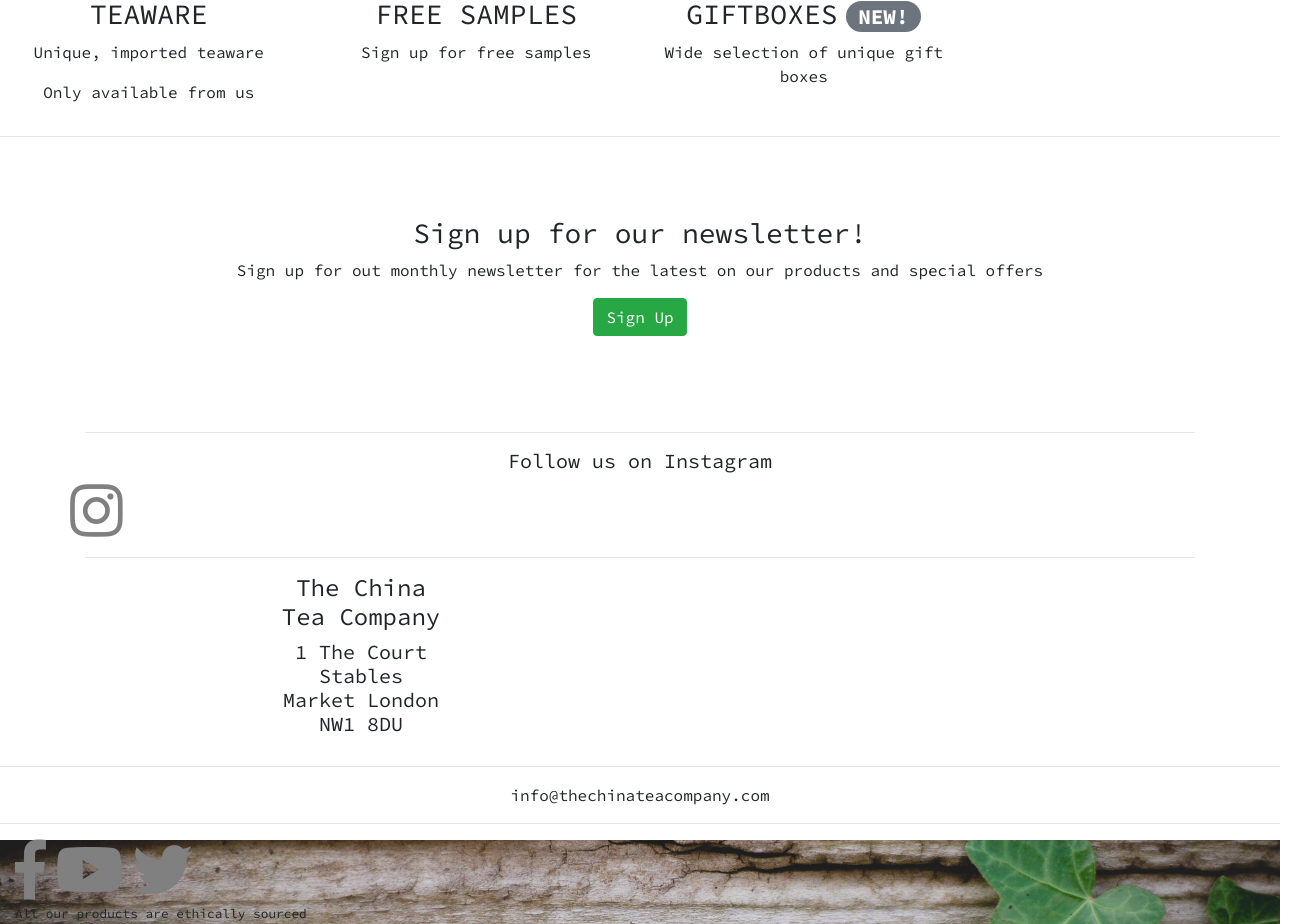
Repository: Code-Institute-Submissions/china-tea
Page: index.html
The author's editor kept a record of every edit. The page is drawn from the files as they stood at one moment, then again after the next edit.
The browser window is 1280 px wide. The page is 1295 px wide, so the pictures cover 1295 px, including what lies to the right of the window. The pictures show the part of the page from y = 1153 to 2077 px (the page is 2281 px tall).
Backgrounds fixed to the window are drawn as part of the page. Some web libraries are served in a nearby version.

Above is the page before.

After the next edit:
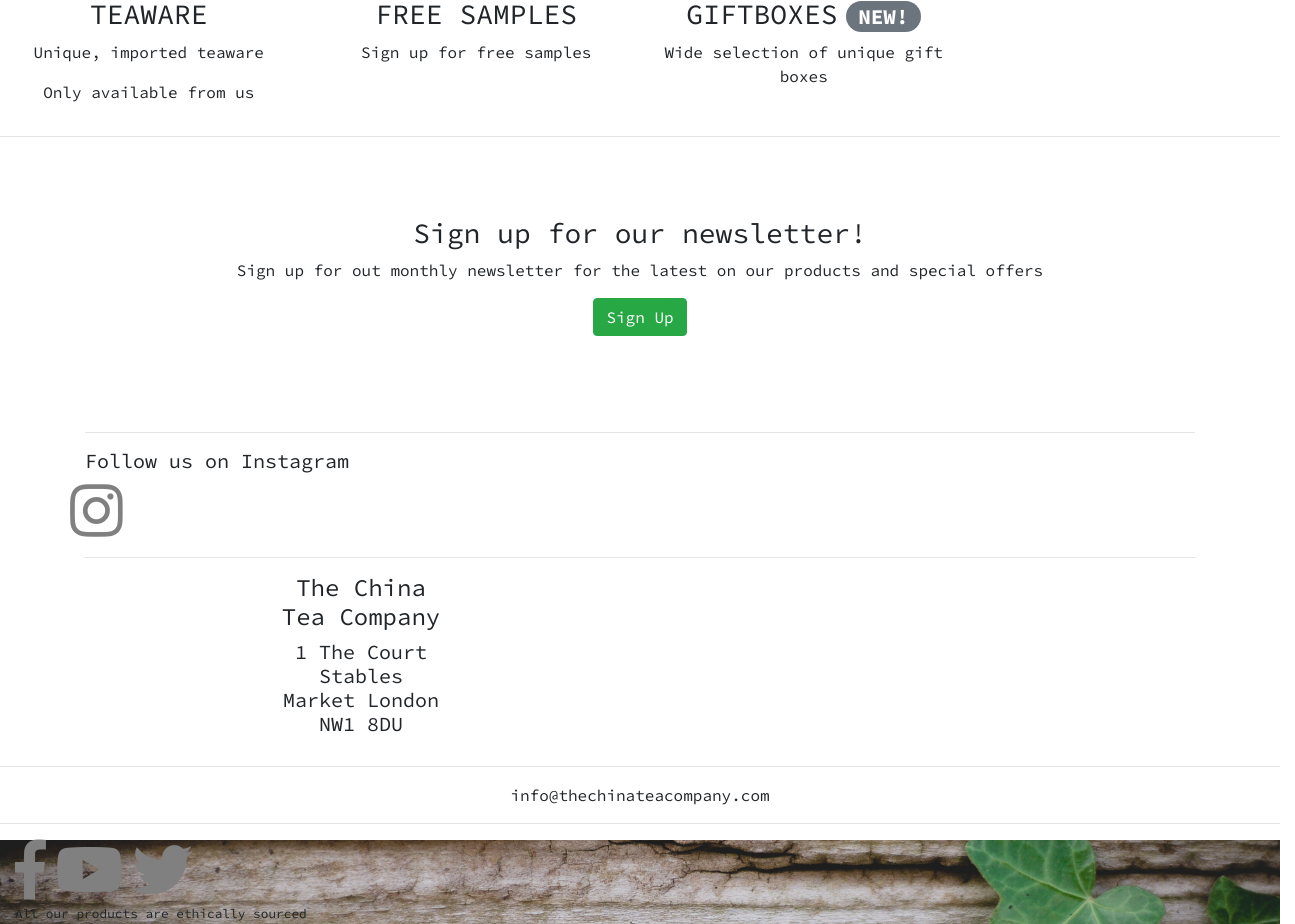
The edit:
--- a/index.html
+++ b/index.html
@@ -204,7 +204,7 @@
             <div class="row">
                 <div class="col-12">
                     <h5>
-                        <center>Follow us on Instagram</center>
+                    Follow us on Instagram
                     </h5>
 
                 </div>
